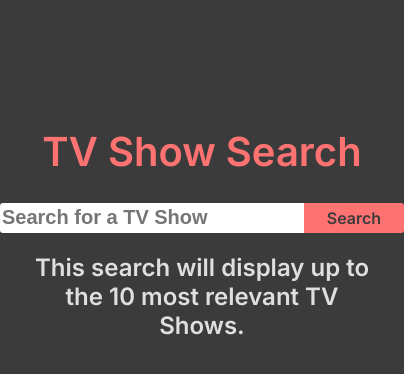
Repository: shayanabedi98/tv-search-react
Page: /
These files come from the project's save history. The page is drawn as it stood at one moment and after the next save; the edit follows.
The browser window is 375 px wide. The page is 404 px wide, then 375 px, so the pictures cover 404 px, including what lies to the right of the window. The pictures show the whole page.
The project was rebuilt for these pictures with package versions that can differ from the ones it lists, and the page was loaded fresh each time. Also part of the build but not shown: vite.config.js.

Above is the page before, as saved 2024-01-09 15:19:50.

### index.html
<!doctype html>
<html lang="en">
  <head>
    <meta charset="UTF-8" />
    <link rel="icon" type="image/svg+xml" href="https://www.svgrepo.com/show/503669/tv.svg" />
    <meta name="viewport" content="width=device-width, initial-scale=1.0" />
    <title>TV Show Search | React</title>
  </head>
  <body>
    <div id="root"></div>
    <script type="module" src="/src/main.jsx"></script>
  </body>
</html>

### src/App.jsx
import { useState } from "react";
import { v4 as uuid } from "uuid";
import List from "./List";
import Search from "./Search";

function App() {
  const [input, setInput] = useState();
  const [showList, setShowList] = useState([]);

  const fetchShow = async () => {
    try {
      if (input) {
        const response = await fetch(
          `https://api.tvmaze.com/search/shows?q=${input}`
        );
        const responseJson = await response.json();
        let newList = [];
        for (let i = 0; i < responseJson.length; i++) {
          if (responseJson[i].show.image) {
            newList.push({
              id: uuid(),
              name: responseJson[i].show.name,
              img: responseJson[i].show.image.medium,
              genres: responseJson[i].show.genres.join(', '),
              language: responseJson[i].show.language,
              rating: responseJson[i].show.rating.average,
            });
          }
        }
        setShowList(newList);
        console.log(responseJson);
      }
    } catch (err) {
      return err;
    }
  };

  const handleChange = (e) => {
    setInput(e.target.value);
  };

  return (
    <div>
      <Search fetchShow={fetchShow} input={input} handleChange={handleChange} />
      <List showList={showList} />
    </div>
  );
}

export default App;

### src/index.css
@import url('https://fonts.googleapis.com/css2?family=Inter:wght@600&display=swap');

body {
  font-family: 'Inter', sans-serif;
  margin: 0;
  padding: 0;
  background-color: rgb(59, 59, 59);
  color: rgb(223, 223, 223);
}

.search {
  margin: 100px auto 100px auto;
  text-align: center;
  width: 950px;
  display: grid;
  place-items: center;
}

.search-bar {
  display: flex;
  place-items: center;
}

.search h1 {
  font-size: 40px;
  color: rgb(255, 114, 114);
}

.search input {
  border: none;
  height: 35px;
  width: 350px;
  font-size: 20px;
  outline: none;
  color: rgb(104, 104, 104);
  font-weight: 700;
  border-radius: 3px 0 0 3px;
}

.search input:focus {
  outline: 2px grey solid;
}

.search input:focus + button {
  outline: 2px grey solid;
}

.search button {
  height: 37px;
  padding: 1px 2px;
  width: 100px;
  font-family: 'Inter', sans-serif;
  border: none;
  background-color: rgb(255, 114, 114);
  color: rgb(59, 59, 59);;
  font-size: 16px;
  border-radius: 0 3px 3px 0;
  cursor: pointer;
}

.list {
  width: 1100px;
  margin: 100px auto;
  display: grid;
  place-items: center;
  grid-template-columns: repeat(3, 1fr);
}

.card {
  background-color: rgb(29, 29, 29);
  text-align: center;
  width: 290px;
  height: 500px;
  padding: 20px;
  display: grid;
  place-items: center;
  margin: 50px auto;
  border-radius: 5px;
  box-shadow: rgba(0, 0, 0, 0.3) 0px 2px 8px 0px;
  cursor: pointer;
  transition: 0.5s;
}

.card:hover {
  transform: scale(1.05);
}

@media (max-width: 1150px) {

  .search {
    width: 100%;
  }

  .list {
    grid-template-columns: 1fr 1fr;
    width: 100%;
  }

}

@media (max-width: 700px) {

  .search h2 {
    width: 90%;
  }

  .list {
    grid-template-columns: 1fr;
  }
}

@media (max-width: 500px) {

  .search input {
    border: none;
    height: 28px;
    width: 300px;
    font-size: 20px;
    outline: none;
    color: rgb(104, 104, 104);
    font-weight: 700;
    border-radius: 3px 0 0 3px;
  }
  .search button {
    height: 30px;
    padding: 1px 2px;
    width: 100px;
    font-family: 'Inter', sans-serif;
    border: none;
    background-color: rgb(255, 114, 114);
    color: rgb(59, 59, 59);;
    font-size: 16px;
    border-radius: 0 3px 3px 0;
    cursor: pointer;
  }

}

### src/List.jsx
import React from "react";

const List = ({ showList }) => {
  return (
    <div className="list-container">
      <div className="list">
        {showList.length > 0 &&
          showList.map((show) => {
            return (
              <div className="card" key={show.id}>
                <h2>{show.name}</h2>
                <img src={show.img} alt={`cover photo of ${show.name}`} />
                <p>
                  <span>Language: </span>
                  {show.language}
                </p>
                  {show.genres}
                <p>
                  {show.rating ? `Rating: ${show.rating}⭐` : "Rating: N/A"}
                </p>
              </div>
            );
          })}
      </div>
    </div>
  );
};

export default List;

### src/Search.jsx
import React from "react";

const Search = ({ fetchShow, input, handleChange }) => {
  return (
    <div className="search">
        <h1>TV Show Search</h1>
      <div className="search-bar">
        <input
          type="text"
          onKeyDown={(e) => e.key === "Enter" && fetchShow()}
          onChange={handleChange}
          value={input}
          placeholder="Search for a TV Show"
        />
        <button onClick={fetchShow}>Search</button>
      </div>
      <h2>This search will display up to the 10 most relevant TV Shows.</h2>
    </div>
  );
};

export default Search;

Loaded but not shown: src/main.jsx (common file)

After the next save:
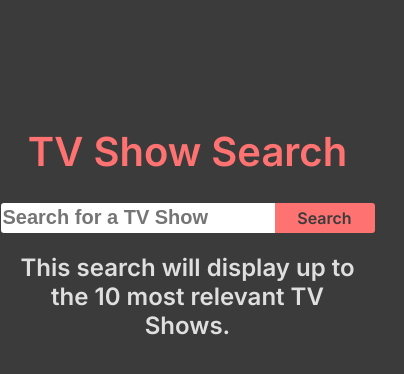
Saved 7 s later.
--- a/src/index.css
+++ b/src/index.css
@@ -114,7 +114,7 @@ body {
   .search input {
     border: none;
     height: 28px;
-    width: 300px;
+    width: 270px;
     font-size: 20px;
     outline: none;
     color: rgb(104, 104, 104);
